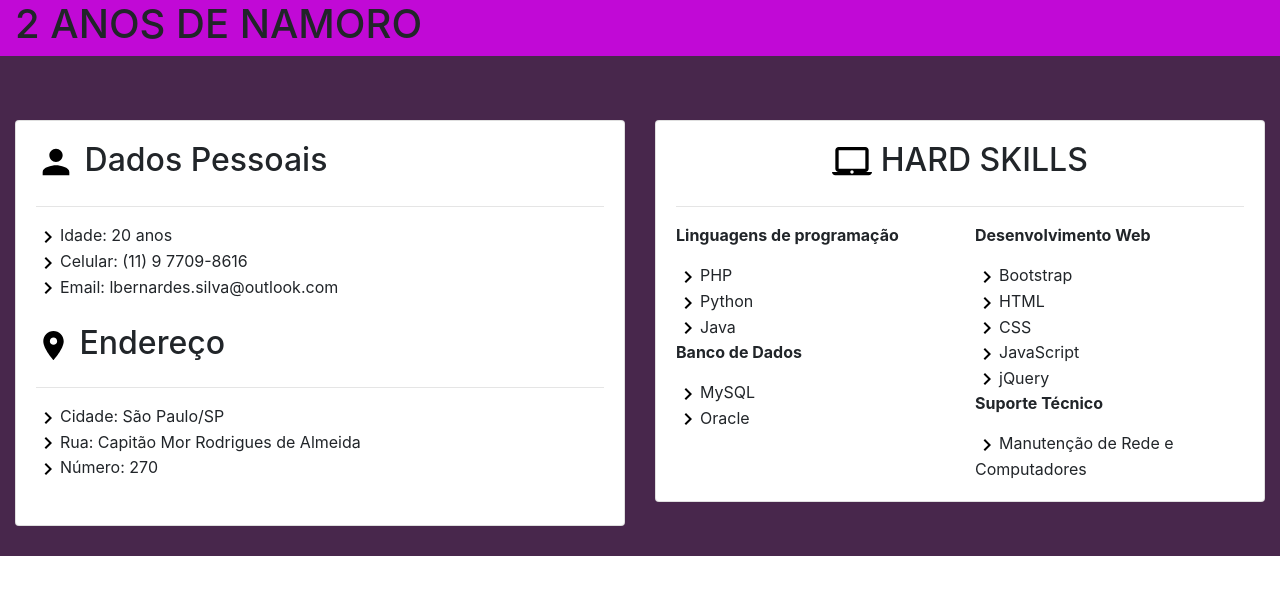
Repository: MeuAmor/meuamor.github.io
Page: index.html
An editor plug-in stored every save of this project. The page is shown before and after the next save, followed by the edit.
The browser window is 1280 px wide. The pictures show the whole page.

Above is the page before, as saved 2019-08-19 23:17:22.

After the next save:
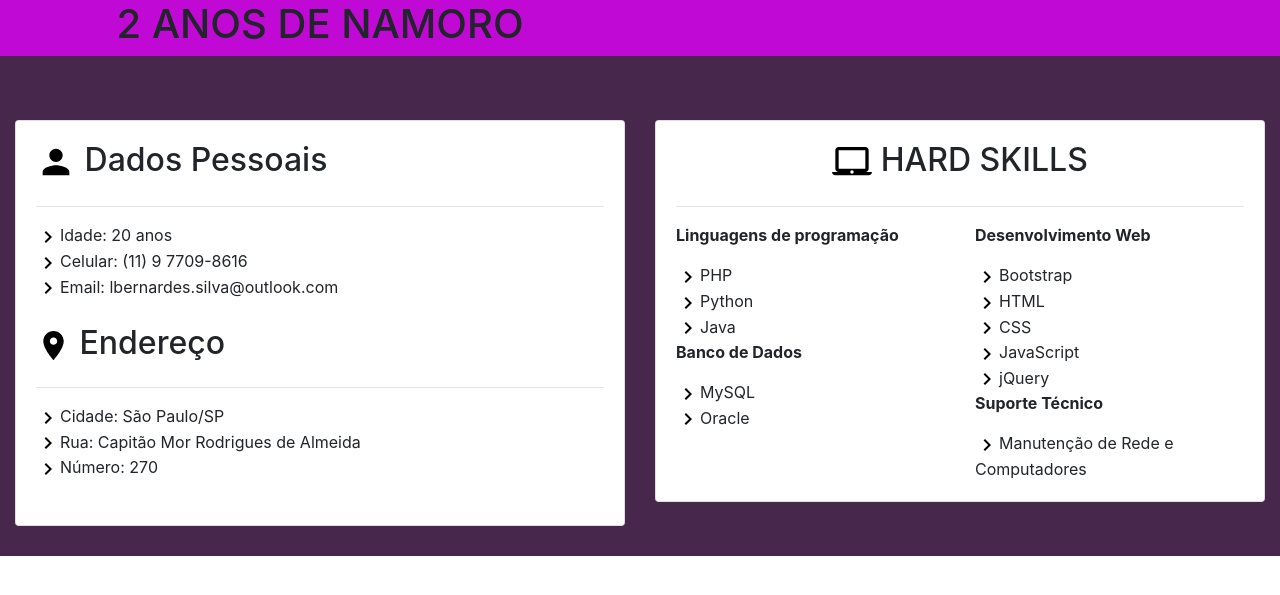
Saved 13 s later.
--- a/index.html
+++ b/index.html
@@ -21,7 +21,7 @@
 
 
 	<div class="row" style="background:#c109d6">
-		<div class="col-md-6 ">
+		<div class="col-md-6 text-center">
 			<h1>2 ANOS DE NAMORO</h1>
 		</div>
 		<div class="col-md-6 " id="redes_sociais">
